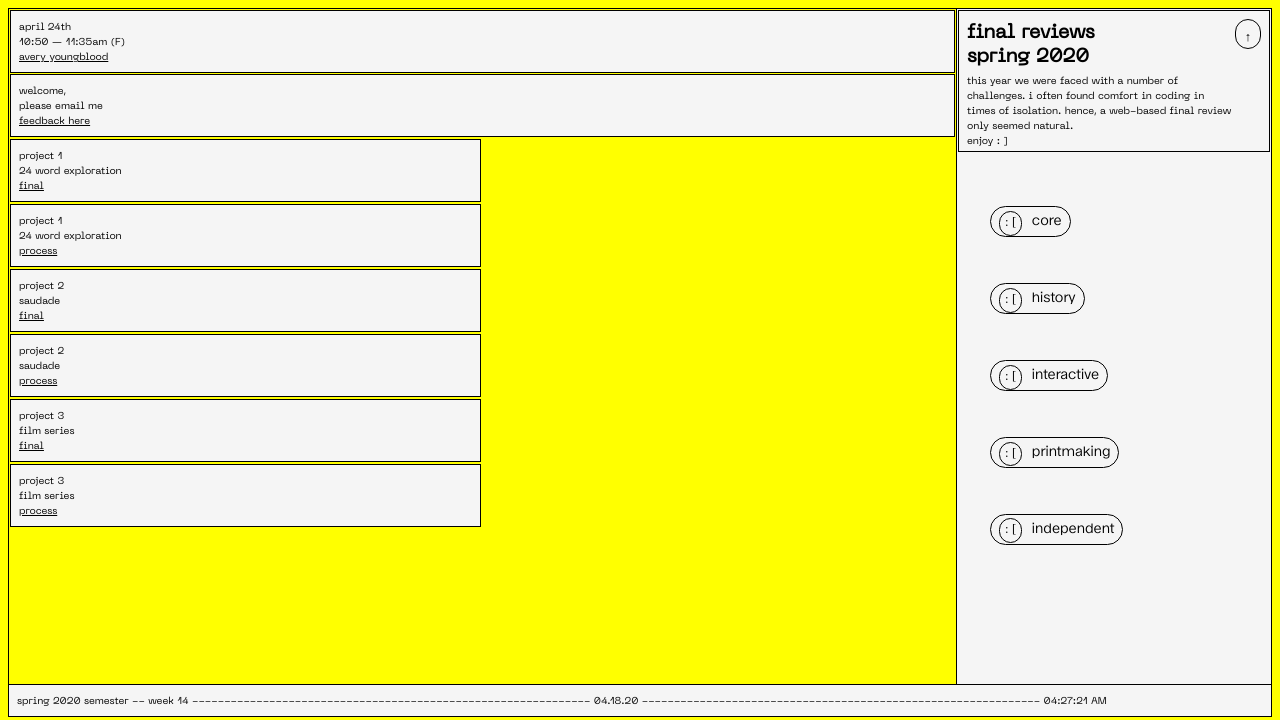
Repository: ayoungblood2/Spring-Semester-2020
Page: index v2/classes/core.html
The author's editor kept a copy of each file at every save. The page is drawn from the files as they stood at one save, then again after the next save.
The browser window is 1280 px wide. The pictures show the whole page.
Some web libraries are served in a nearby version.

Above is the page before, as saved 2020-04-18 15:30:25.

After the next save:
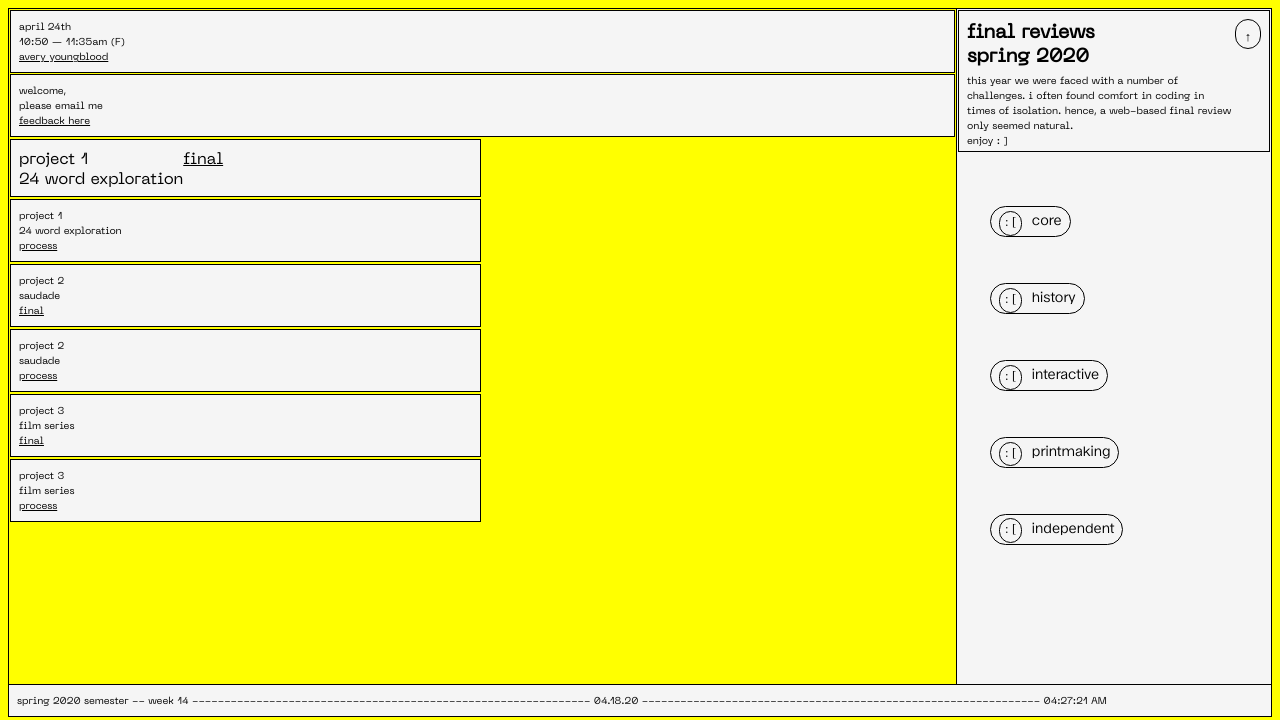
Saved 2 min 5 s later.
--- a/index v2/classes/core.html
+++ b/index v2/classes/core.html
@@ -48,11 +48,11 @@
 
 
         <header class="PageHeader PageHeader--home" style="display: inline-flex; width:49.75%;">
-            <section class="PageHeader-classInfo">
+
                 project 1
                 <br> 24 word exploration
                 <br><a href="/index v2/classes/core-prct1-1.html" class="PageHeader--link">final</a>
-            </section>
+
         </header>
         <header class="PageHeader PageHeader--home" style="display: inline-flex; width:49.75%;">
             <section class="PageHeader-classInfo">
